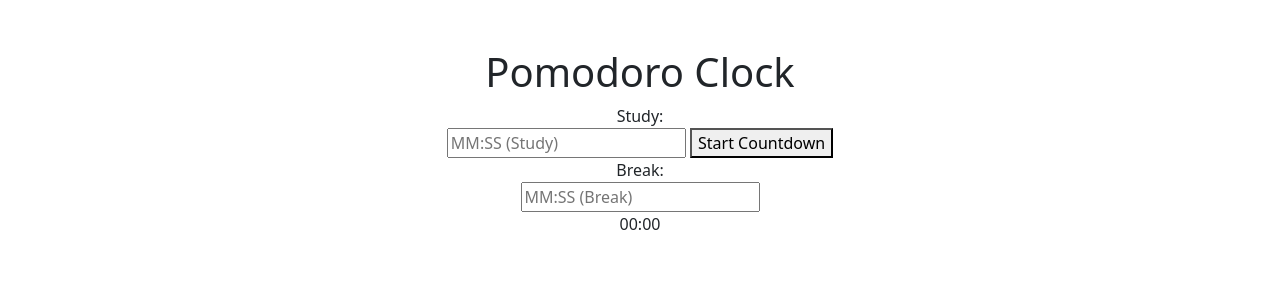
Repository: jobid0212/pomodoro-clock
Page: http://localhost/
The author's editor kept a copy of each file at every save. The page is drawn from the files as they stood at one save, then again after the next save.
The browser window is 1280 px wide. The pictures show the whole page.
The page is served by the project's application, run on Flask 3 (app.py).

Above is the page before, as saved 2026-02-06 18:48:33.

After the next save:
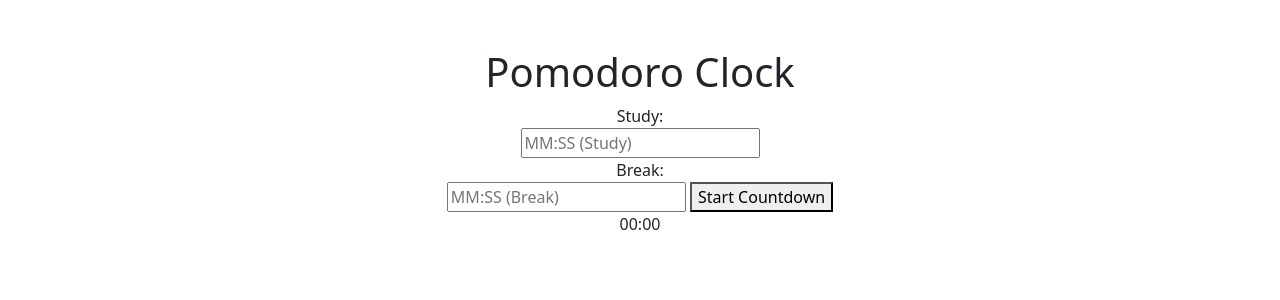
Saved 36 s later.
--- a/templates/index.html
+++ b/templates/index.html
@@ -31,8 +31,6 @@
                                name="studyDurationInput">
                     </span>
 
-                    <button onclick="startTimer('study')">Start Countdown</button>
-
                     <span class="block-group">
                         <label for="breakDurationInput">Break:</label>
                         <input type="text" id="breakDurationInput"
@@ -40,6 +38,8 @@
                                placeholder="MM:SS (Break)"
                                name="breakDurationInput">
                     </span>
+
+                    <button onclick="startTimer('study')">Start Countdown</button>
 
                     <div id="display">
                         00:00
